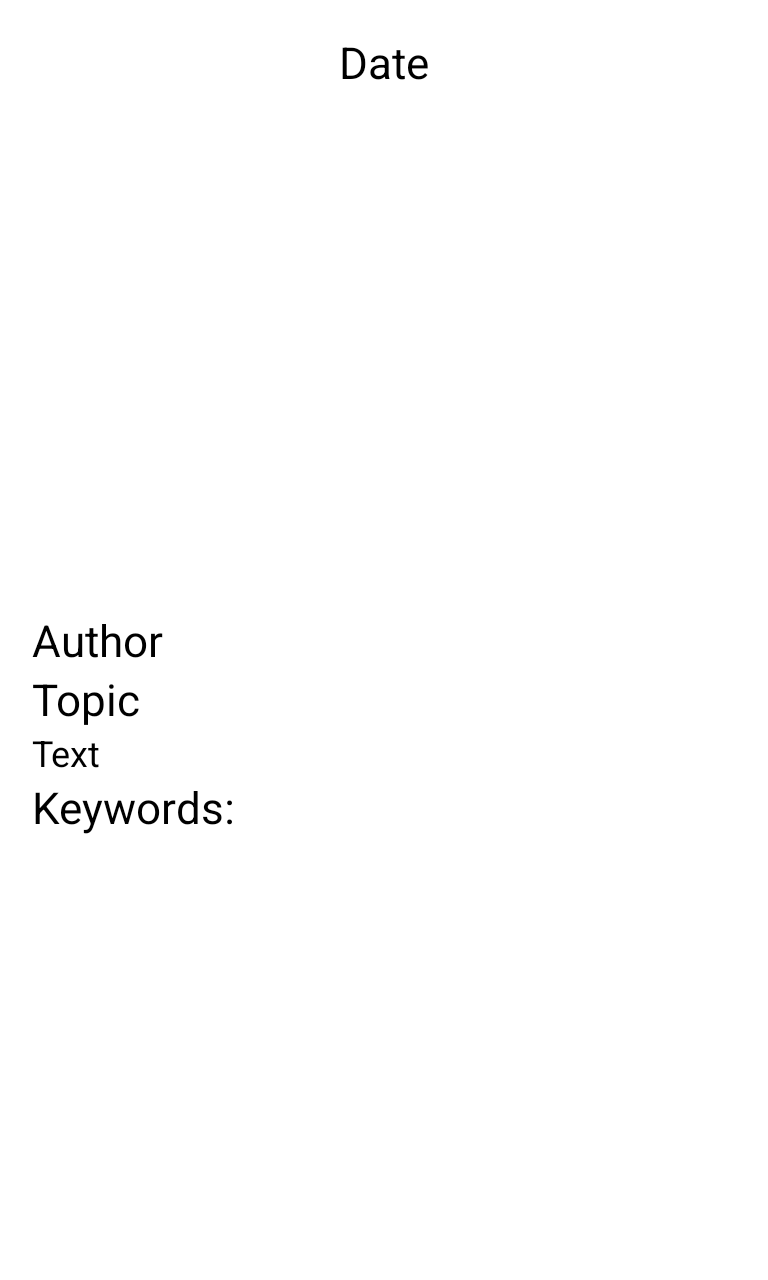
Repository: marvhew/JSON
Layout: JSON/res/layout/activity_post.xml
The author's editor kept a copy of each file at every save. The layout is drawn from the files as they stood at one save, then again after the next save.
It is drawn on a 768 x 1280 px phone screen (xhdpi) without system bars, with theme AppTheme; the app's code is not run. Lists and similar views that code fills are empty.

Above is the layout before, as saved 2015-02-02 08:54:44.

### JSON/res/layout/activity_post.xml
<RelativeLayout xmlns:android="http://schemas.android.com/apk/res/android"
    xmlns:tools="http://schemas.android.com/tools"
    android:layout_width="match_parent"
    android:layout_height="match_parent"
    android:paddingBottom="@dimen/activity_vertical_margin"
    android:paddingLeft="@dimen/activity_horizontal_margin"
    android:paddingRight="@dimen/activity_horizontal_margin"
    android:paddingTop="@dimen/activity_vertical_margin"
    tools:context=".PostActivity" >

    <TextView
        android:id="@+id/Txt_Topic"
        android:layout_width="wrap_content"
        android:layout_height="wrap_content"
        android:layout_alignParentLeft="true"
        android:layout_below="@+id/Txt_Author"
        android:text="Topic"
        android:textAppearance="?android:attr/textAppearanceLarge" />

    <TextView
        android:id="@+id/Txt_Date"
        android:layout_width="wrap_content"
        android:layout_height="wrap_content"
        android:layout_alignParentTop="true"
        android:layout_centerHorizontal="true"
        android:text="Date"
        android:textAppearance="?android:attr/textAppearanceLarge" />

    <TextView
        android:id="@+id/Txt_Author"
        android:layout_width="wrap_content"
        android:layout_height="wrap_content"
        android:layout_alignLeft="@+id/Txt_Topic"
        android:layout_centerVertical="true"
        android:text="Author"
        android:textAppearance="?android:attr/textAppearanceLarge" />

    <ImageView
        android:id="@+id/imageView1"
        android:layout_width="100dp"
        android:layout_height="100dp"
        android:layout_above="@+id/Txt_Author"
        android:layout_alignLeft="@+id/Txt_Author"
        android:layout_alignParentRight="true"
        android:layout_below="@+id/Txt_Date" />

    <TextView
        android:id="@+id/Txt_Text"
        android:layout_width="wrap_content"
        android:layout_height="wrap_content"
        android:layout_alignLeft="@+id/Txt_Topic"
        android:layout_below="@+id/Txt_Topic"
        android:text="Text"
        android:textAppearance="?android:attr/textAppearanceMedium" />

    <TextView
        android:id="@+id/Txt_Keywords"
        android:layout_width="wrap_content"
        android:layout_height="wrap_content"
        android:layout_alignParentLeft="true"
        android:layout_below="@+id/Txt_Text"
        android:text="Keywords:"
        android:textAppearance="?android:attr/textAppearanceLarge" />

    <ListView
        android:id="@+id/List_Keywords"
        android:layout_width="match_parent"
        android:layout_height="wrap_content"
        android:layout_alignParentBottom="true"
        android:layout_alignParentLeft="true"
        android:layout_below="@+id/Txt_Keywords" >

    </ListView>

</RelativeLayout>

Loaded but not shown: JSON/res/values/styles.xml (common file); JSON/res/values-v11/styles.xml (common file); JSON/res/values-v14/styles.xml (common file); JSON/res/values/dimens.xml (common file)

After the next save:
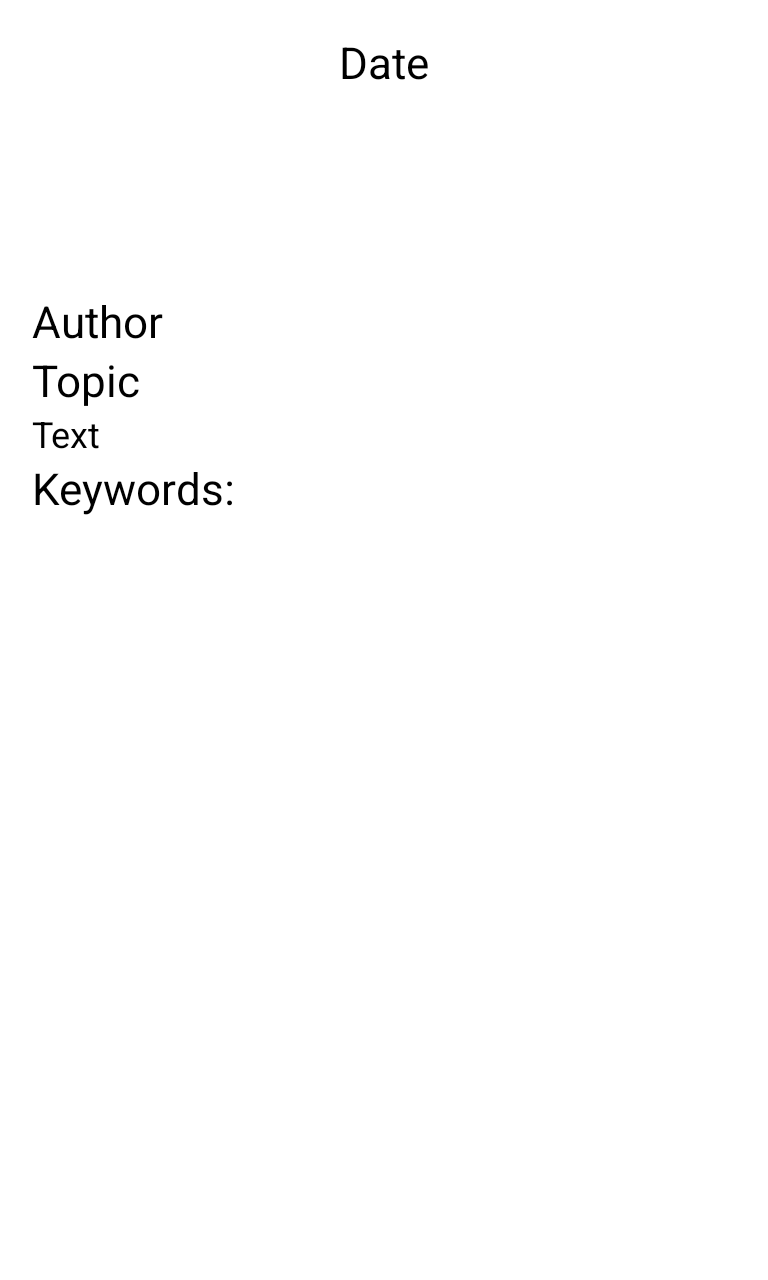
Saved 2 min 7 s later.
--- a/JSON/res/layout/activity_post.xml
+++ b/JSON/res/layout/activity_post.xml
@@ -27,24 +27,6 @@
         android:textAppearance="?android:attr/textAppearanceLarge" />
 
     <TextView
-        android:id="@+id/Txt_Author"
-        android:layout_width="wrap_content"
-        android:layout_height="wrap_content"
-        android:layout_alignLeft="@+id/Txt_Topic"
-        android:layout_centerVertical="true"
-        android:text="Author"
-        android:textAppearance="?android:attr/textAppearanceLarge" />
-
-    <ImageView
-        android:id="@+id/imageView1"
-        android:layout_width="100dp"
-        android:layout_height="100dp"
-        android:layout_above="@+id/Txt_Author"
-        android:layout_alignLeft="@+id/Txt_Author"
-        android:layout_alignParentRight="true"
-        android:layout_below="@+id/Txt_Date" />
-
-    <TextView
         android:id="@+id/Txt_Text"
         android:layout_width="wrap_content"
         android:layout_height="wrap_content"
@@ -72,4 +54,21 @@
 
     </ListView>
 
+    <ImageView
+        android:id="@+id/imageView1"
+        android:layout_width="100dp"
+        android:layout_height="100dp"
+        android:layout_alignParentLeft="true"
+        android:layout_alignParentRight="true"
+        android:layout_below="@+id/Txt_Date" />
+
+    <TextView
+        android:id="@+id/Txt_Author"
+        android:layout_width="wrap_content"
+        android:layout_height="wrap_content"
+        android:layout_alignLeft="@+id/imageView1"
+        android:layout_below="@+id/imageView1"
+        android:text="Author"
+        android:textAppearance="?android:attr/textAppearanceLarge" />
+
 </RelativeLayout>
